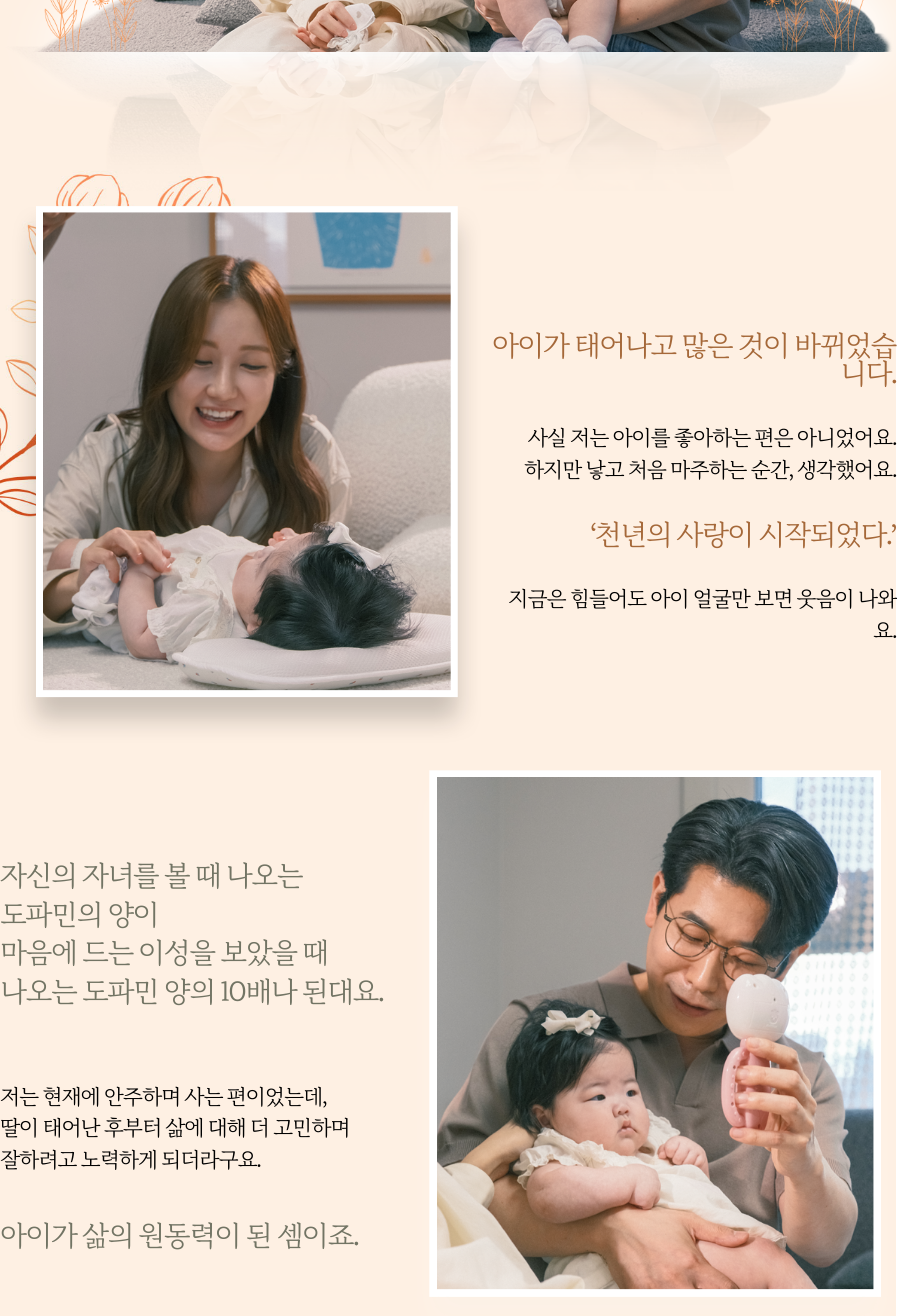
Repository: dlgywls1130/saveTheChildren
Page: index.html
The author's editor kept a copy of each file at every save. The page is drawn from the files as they stood at one save, then again after the next save.
The browser window is 1280 px wide. The page is 1293 px wide, so the pictures cover 1293 px, including what lies to the right of the window. The pictures show the part of the page from y = 2868 to 4748 px (the page is 10617 px tall before and 10568 px after), at 70% of full size.
Some web fonts or font styles are not loaded; a fallback is used. The style sheet was rebuilt from its Sass, Less or Tailwind sources for each picture, by a compiler version that may differ from the author's.

Above is the page before, as saved 2024-11-01 22:42:52.

After the next save:
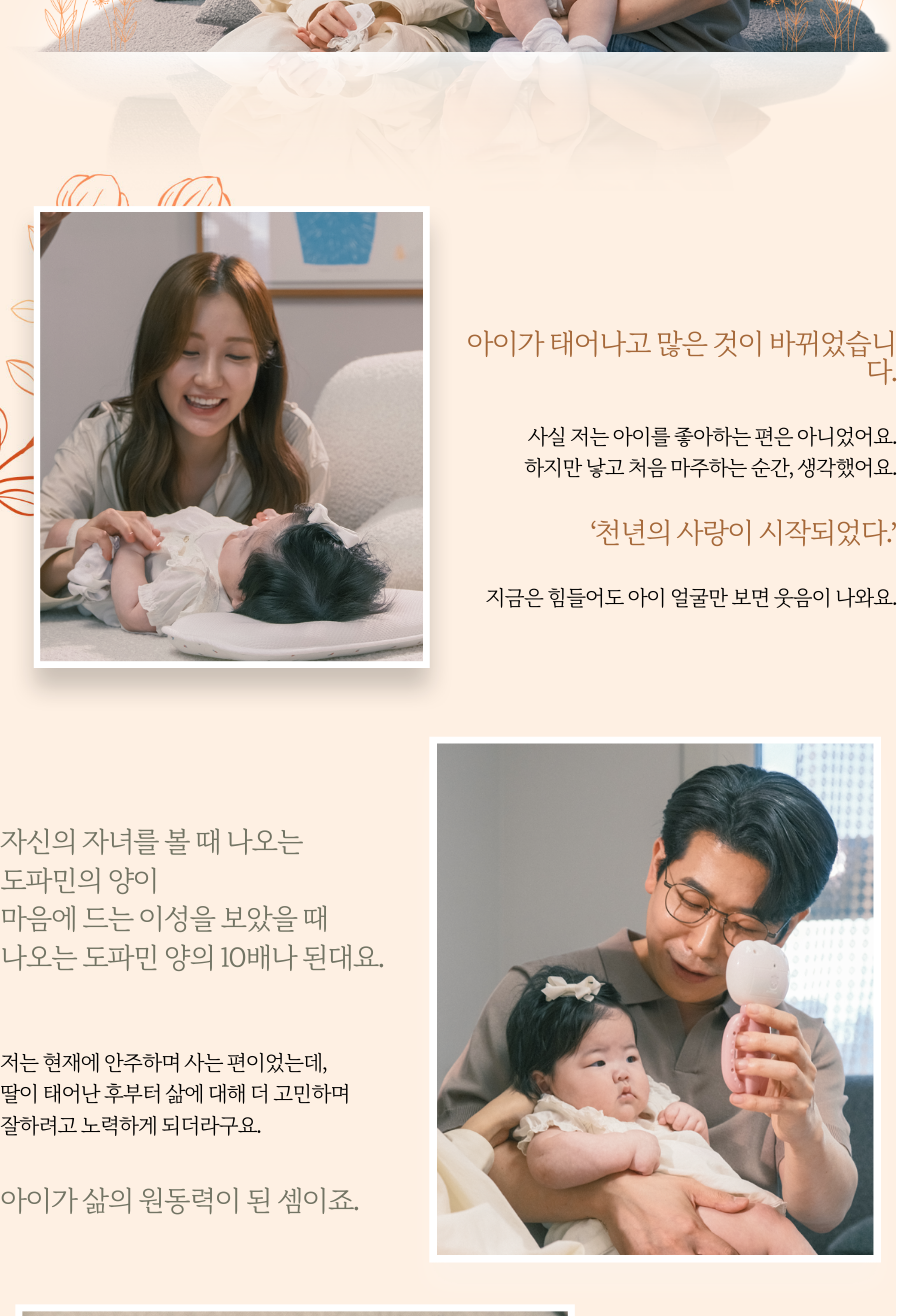
Saved 14 s later.
--- a/css/common.scss
+++ b/css/common.scss
@@ -461,7 +461,7 @@ $sides: (
                 justify-content: space-between;
 
                 .story_image{
-                    width: 800px;
+                    width: 700px;
                     height: auto;
                     img{
                         width: 100%;
